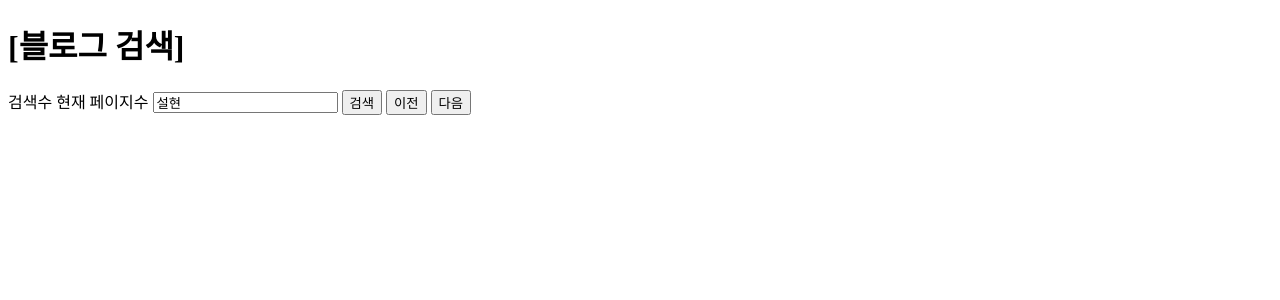
Repository: odasd/Ark-html
Page: 20200422/ex20200422/WebContent/ex02.html
These files come from the project's save history. The page is drawn as it stood at one moment and after the next save; the edit follows.
The browser window is 1280 px wide. The pictures show the whole page.
Some web libraries are served in a nearby version.

Above is the page before, as saved 2020-04-22 02:37:14.

### 20200422/ex20200422/WebContent/ex02.html
<!DOCTYPE html>
<html>
<head>
	<meta charset="UTF-8">
	<title>블로그 검샛~</title>
	<script src="http://code.jquery.com/jquery-1.9.1.js"></script>
    <script src="https://cdnjs.cloudflare.com/ajax/libs/handlebars.js/3.0.1/handlebars.js"></script>
    <style>
    	#tbl {background:skyblue;}
    	#btnSearch{}
    	#title {border:1px solid black;}
    </style>
</head>
<body>
	<h1>[블로그 검색]</h1>
	<div id="search">
		검색수 <span id="total"></span>
		 현재 페이지수<span id="page"></span>
		<input type="text" id=txtSearch value="설현">
		<input type="button" id="btnSearch" value="검색">
		<button id="btnPre">이전</button>
        <button id="btnNext">다음</button>
	</div>
	<table id="tbl"></table> <!-- 테이블 닫고 믿에서 탬플릿을 만들어주라고한다 , 규칙이래-->
	<script id="temp" type="text/x-handlebars-template">
		{{#each items}}
      		<tr>
				<td id=title>{{{title}}}</td>
			</tr>
 		 {{/each}}
	</script>

</body>
<script>
	var display=10;
	var start=1;
	getlist();

	$("#btnNext").on("click", function(){
	      if(start+display<total){
	         start = start + display;
	         getlist();
	      }
	   });

	   $("#btnPre").on("click", function(){
	      if(start>1){
	         start = start-display;
	         getlist();
	      }
	   });

	$("#btnSearch").on("click", function(){
		getlist();
	});

	$("#txtSearch").keydown(function(key){
		if(key.keyCode==13) {
			getlist();
		}
	});

	function getlist(){

	var query=$("#txtSearch").val();

	$.ajax({
		type:"get",
		url:"blog.jsp",
		dataType:"json",
		data:{"query" : query, "display":display, "start":start},
		success:function(data){
			var total=data.total;
			$("#total").html(total + "건");

			var temp = Handlebars.compile($("#temp").html());
            $("#tbl").html(temp(data));
		}
	});
	$("#page").html(page);
}
</script>
</html>

After the next save:
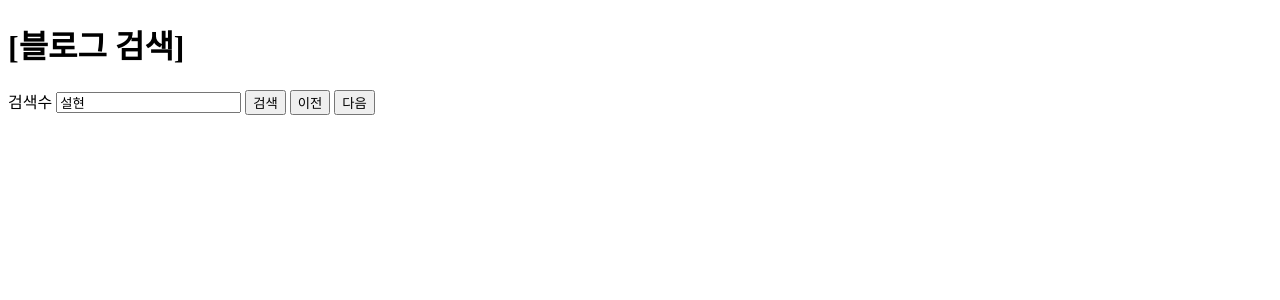
Console error: ReferenceError: page is not defined
Saved 20 s later.
--- a/20200422/ex20200422/WebContent/ex02.html
+++ b/20200422/ex20200422/WebContent/ex02.html
@@ -15,9 +15,9 @@
 	<h1>[블로그 검색]</h1>
 	<div id="search">
 		검색수 <span id="total"></span>
-		 현재 페이지수<span id="page"></span>
 		<input type="text" id=txtSearch value="설현">
 		<input type="button" id="btnSearch" value="검색">
+
 		<button id="btnPre">이전</button>
         <button id="btnNext">다음</button>
 	</div>

After the save that followed:
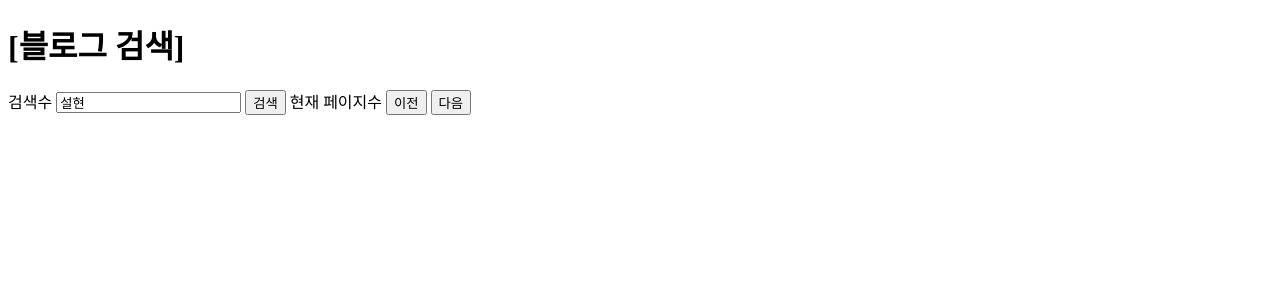
The error is gone.
Saved 7 s later.
--- a/20200422/ex20200422/WebContent/ex02.html
+++ b/20200422/ex20200422/WebContent/ex02.html
@@ -17,7 +17,7 @@
 		검색수 <span id="total"></span>
 		<input type="text" id=txtSearch value="설현">
 		<input type="button" id="btnSearch" value="검색">
-
+		현재 페이지수<span id="page"></span>
 		<button id="btnPre">이전</button>
         <button id="btnNext">다음</button>
 	</div>
